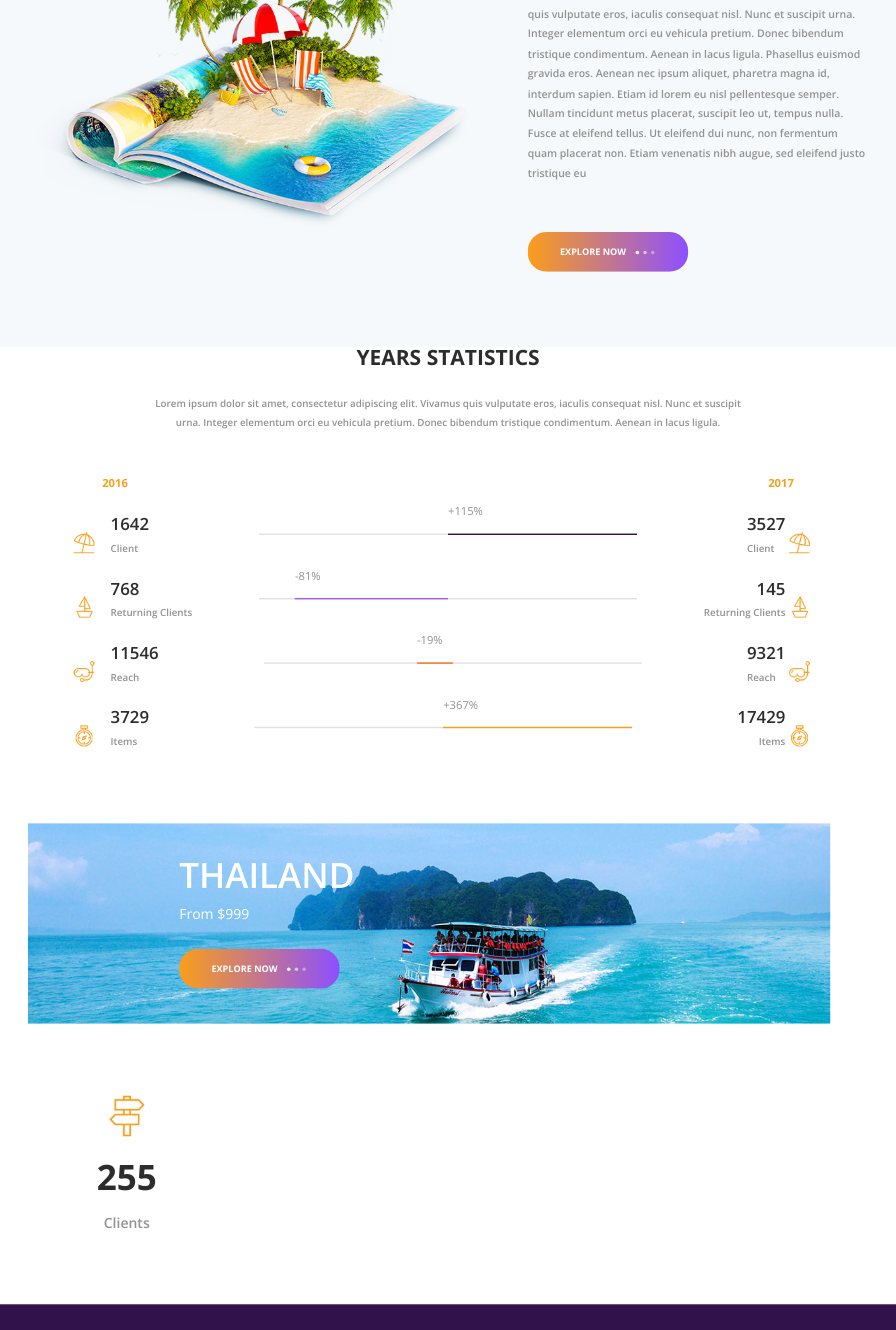
Repository: phamhuuloc/Travelix_Template
Page: about.html
An editor plug-in stored every save of this project. The page is shown before and after the next save, followed by the edit.
The browser window is 1280 px wide. The pictures show the part of the page from y = 955 to 2855 px (the page is 3332 px tall), at 70% of full size.
A picture or video elsewhere on the page could not be fetched, so the positions and the page height are approximate. Backgrounds fixed to the window are drawn as part of the page. Some web fonts or font styles are not loaded; a fallback is used.

Above is the page before, as saved 2021-10-13 10:45:37.

### about.html
<!DOCTYPE html>
<html lang="en">
  <head>
    <meta charset="UTF-8" />
    <meta http-equiv="X-UA-Compatible" content="IE=edge" />
    <meta name="viewport" content="width=device-width, initial-scale=1.0" />
    <title>Document</title>
    <link rel="shortcut icon" href="./assets/img/logo.png" />
    <link
      href="https://fonts.googleapis.com/css2?family=Caramel&display=swap"
      rel="stylesheet"
    />
    <!-- GOOGLE FONT -->
    <link
      href="https://fonts.googleapis.com/css2?family=Birthstone&display=swap"
      rel="stylesheet"
    />
    <!-- FONT AWESOME -->
    <link
      rel="stylesheet"
      href="https://cdnjs.cloudflare.com/ajax/libs/font-awesome/6.0.0-beta2/css/all.min.css"
      integrity="sha512-YWzhKL2whUzgiheMoBFwW8CKV4qpHQAEuvilg9FAn5VJUDwKZZxkJNuGM4XkWuk94WCrrwslk8yWNGmY1EduTA=="
      crossorigin="anonymous"
      referrerpolicy="no-referrer"
    />
    <!-- CSS -->
    <link rel="stylesheet" href="./assets/css/reset.css" />
    <link rel="stylesheet" href="./assets/css/grid.css" />
    <link rel="stylesheet" href="./assets/css/base.css" />
    <link rel="stylesheet" href="./assets/css/about.css" />
  </head>
  <body>
    <header class="header">
      <div class="header-topbar" style="display: none">
        <div class="grid wide">
          <div class="header-topbar__container">
            <div class="row">
              <div class="col l-6">
                <div class="header-topbar__contact">
                  <ul>
                    <li>
                      <a href="">+84 945 000 917</a>
                    </li>
                    <li>
                      <a href=""><i class="fab fa-pinterest"></i></a>
                    </li>
                    <li>
                      <a href=""><i class="fab fa-facebook-f"></i></a>
                    </li>
                    <li>
                      <a href=""><i class="fab fa-twitter"></i></a>
                    </li>
                    <li>
                      <a href=""><i class="fab fa-dribbble"></i></a>
                    </li>
                    <li>
                      <a href=""><i class="fab fa-behance"></i></a>
                    </li>
                    <li>
                      <a href=""><i class="fab fa-linkedin-in"></i></a>
                    </li>
                  </ul>
                </div>
              </div>
              <div class="col l-6">
                <div class="header-topbar__login">
                  <ul>
                    <li><a href="">Login</a></li>
                    <li><a href="">|</a></li>
                    <li><a href="">Register</a></li>
                  </ul>
                </div>
              </div>
            </div>
          </div>
        </div>
      </div>
      <div class="header-nav">
        <div class="grid wide">
          <div class="header-nav__container">
            <div class="row">
              <div class="col l-3">
                <div class="logo">
                  <a href="" class="logo__link">
                    <img src="./assets/img/logo.png" alt="" />
                    <h2 class="logo__text">Travelix</h2>
                  </a>
                </div>
              </div>
              <div class="col l-6 m-0 c-0">
                <div class="nav-menu">
                  <ul class="nav-menu__list">
                    <li class="nav-menu__item">
                      <a href="index.html" class="nav-menu__link">Home</a>
                    </li>
                    <li class="nav-menu__item active">
                      <a href="./about.html" class="nav-menu__link">About</a>
                    </li>
                    <li class="nav-menu__item">
                      <a href="" class="nav-menu__link">Offers</a>
                    </li>
                    <li class="nav-menu__item">
                      <a href="" class="nav-menu__link">New</a>
                    </li>
                    <li class="nav-menu__item">
                      <a href="" class="nav-menu__link">Contacts</a>
                    </li>
                  </ul>
                </div>
              </div>
              <div class="col l-3">
                <div class="header-search">
                  <i class="fas fa-search header-search__icon"></i>
                </div>
              </div>
            </div>
          </div>
        </div>
      </div>
    </header>
    <div class="home">
      <div
        class="home-background"
        style="background-image: url(./assets/img/about.jpg)"
      ></div>
      <div class="home__title"><h1>About us</h1></div>
    </div>
    <section class="intro">
      <div class="grid wide">
        <div class="intro__container">
          <div class="row">
            <div class="col l-7 intro__img">
              <img src="./assets/img/intro_about.png" alt="" />
            </div>
            <div class="col l-5 intro__content">
              <h2 class="intro__title">WE HAVE THE BEST TOURS</h2>
              <p class="intro__desc">
                Lorem ipsum dolor sit amet, consectetur adipiscing elit. Vivamus
                quis vulputate eros, iaculis consequat nisl. Nunc et suscipit
                urna. Integer elementum orci eu vehicula pretium. Donec bibendum
                tristique condimentum. Aenean in lacus ligula. Phasellus euismod
                gravida eros. Aenean nec ipsum aliquet, pharetra magna id,
                interdum sapien. Etiam id lorem eu nisl pellentesque semper.
                Nullam tincidunt metus placerat, suscipit leo ut, tempus nulla.
                Fusce at eleifend tellus. Ut eleifend dui nunc, non fermentum
                quam placerat non. Etiam venenatis nibh augue, sed eleifend
                justo tristique eu
              </p>
              <div class="intro__btn">
                <div class="btn">
                  <div class="btn-bg"></div>
                  <a href="#" class="btn-link">
                    explore now
                    <span></span>
                    <span></span>
                    <span></span>
                  </a>
                </div>
              </div>
            </div>
          </div>
        </div>
      </div>
    </section>
    <section class="stats">
      <div class="grid wide">
        <div class="stats__container">
          <h2 class="stats__title">YEARS STATISTICS</h2>
          <div class="wrap_text">
            <p class="stats__text">
              Lorem ipsum dolor sit amet, consectetur adipiscing elit. Vivamus
              quis vulputate eros, iaculis consequat nisl. Nunc et suscipit
              urna. Integer elementum orci eu vehicula pretium. Donec bibendum
              tristique condimentum. Aenean in lacus ligula.
            </p>
          </div>
          <div class="stats__year">
            <div class="stats__year-last">2016</div>
            <div class="stats__year-new">2017</div>
          </div>
          <div class="stats__content">
            <div class="stats__item">
              <div class="stats__last">
                <div class="stats__icon">
                  <img src="./assets/img/stats_1.png" alt="" />
                </div>
                <div class="stats__content">
                  <div class="stats__number">1642</div>
                  <div class="stats__type">Client</div>
                </div>
              </div>
              <div class="stats__bar">
                <div class="stats__bar-perc" style="left: 50%; width: 50%">
                  <div class="stats__bar-value">+115%</div>
                </div>
              </div>
              <div class="stats__new">
                <div class="stats__content">
                  <div class="stats__number">3527</div>
                  <div class="stats__type">Client</div>
                </div>
                <div class="stats__icon">
                  <img src="./assets/img/stats_1.png" alt="" />
                </div>
              </div>
            </div>
            <div class="stats__item">
              <div class="stats__last">
                <div class="stats__icon">
                  <img src="./assets/img/stats_2.png" alt="" />
                </div>
                <div class="stats__last-content">
                  <div class="stats__number">768</div>
                  <div class="stats__type">Returning Clients</div>
                </div>
              </div>
              <div class="stats__bar">
                <div
                  class="stats__bar-perc"
                  style="
                    right: 50%;
                    width: 40.5%;
                    background: rgb(169, 92, 228);
                  "
                >
                  <div class="stats__bar-value">-81%</div>
                </div>
              </div>
              <div class="stats__new">
                <div class="stats__new-content">
                  <div class="stats__number">145</div>
                  <div class="stats__type">Returning Clients</div>
                </div>
                <div class="stats__icon">
                  <img src="./assets/img/stats_2.png" alt="" />
                </div>
              </div>
            </div>
            <div class="stats__item">
              <div class="stats__last">
                <div class="stats__icon">
                  <img src="./assets/img/stats_3.png" alt="" />
                </div>
                <div class="stats__last-content">
                  <div class="stats__number">11546</div>
                  <div class="stats__type">Reach</div>
                </div>
              </div>
              <div class="stats__bar">
                <div
                  class="stats__bar-perc"
                  style="right: 50%; width: 9.5%; background: rgb(250, 111, 27)"
                >
                  <div class="stats__bar-value">-19%</div>
                </div>
              </div>
              <div class="stats__new">
                <div class="stats__content">
                  <div class="stats__number">9321</div>
                  <div class="stats__type">Reach</div>
                </div>
                <div class="stats__icon">
                  <img src="./assets/img/stats_3.png" alt="" />
                </div>
              </div>
            </div>
            <div class="stats__item">
              <div class="stats__last">
                <div class="stats__icon">
                  <img src="./assets/img/stats_4.png" alt="" />
                </div>
                <div class="stats__last-content">
                  <div class="stats__number">3729</div>
                  <div class="stats__type">Items</div>
                </div>
              </div>
              <div class="stats__bar">
                <div
                  class="stats__bar-perc"
                  style="left: 50%; width: 50%; background: rgb(250, 158, 27)"
                >
                  <div class="stats__bar-value">+367%</div>
                </div>
              </div>
              <div class="stats__new">
                <div class="stats__new-content">
                  <div class="stats__number">17429</div>
                  <div class="stats__type">Items</div>
                </div>
                <div class="stats__icon">
                  <img src="./assets/img/stats_4.png" alt="" />
                </div>
              </div>
            </div>
          </div>
        </div>
      </div>
    </section>
    <section class="popular">
      <div class="grid wide">
        <div class="popular__container">
          <div class="popular__background">
            <img src="./assets/img/add.jpg" alt="" class="" />
          </div>
          <div class="popular__content">
            <h2 class="popular__title">Thailand</h2>
            <span class="popular__price">From $999</span>
            <div class="popular__btn">
              <div class="btn">
                <div class="btn-bg"></div>
                <a href="#" class="btn-link">
                  explore now
                  <span></span>
                  <span></span>
                  <span></span>
                </a>
              </div>
            </div>
          </div>
        </div>
      </div>
    </section>
    <section class="milestones">
      <div class="grid wide">
        <div class="milestone__container">
          <div class="row">
            <div class="col l-3">
              <div class="milestone__item">
                <div class="milestone__icon">
                  <img src="./assets/img/milestone_1.png" alt="" />
                </div>
                <span class="milestone__counter">255</span>
                <p class="milestone__text">Clients</p>
              </div>
            </div>
          </div>
        </div>
      </div>
    </section>
    <section class="footer">
      <div class="grid wide">
        <div class="footer__container">
          <div class="row">
            <div class="footer__item col l-3">
              <div class="logo footer__logo">
                <a href="" class="logo__link">
                  <img
                    src="https://khoatranvn00.github.io/travelix/assets/images/logo.webp"
                    alt=""
                  />
                  <h2 class="logo__text">Travelix</h2>
                </a>
              </div>
              <div class="footer__about">
                <div class="footer__about-desc">
                  Lorem ipsum dolor sit amet, consectetur adipiscing elit.
                  Vivamus quis vu lputate eros, iaculis consequat nisl. Nunc et
                  suscipit urna. Integer eleme ntum orci eu vehicula pretium.
                </div>
                <ul class="social-list">
                  <li class="social-item">
                    <a href=""> <i class="fab fa-pinterest"></i></a>
                  </li>
                  <li class="social-item">
                    <a href=""> <i class="fab fa-facebook-f"></i></a>
                  </li>
                  <li class="social-item">
                    <a href=""> <i class="fab fa-twitter"></i></a>
                  </li>
                  <li class="social-item">
                    <a href=""><i class="fab fa-dribbble"></i></a>
                  </li>
                  <li class="social-item">
                    <a href=""> <i class="fab fa-behance"></i></a>
                  </li>
                </ul>
              </div>
            </div>
            <div class="footer__item col l-3">
              <h3 class="footer__item-title">Blog Posts</h3>
              <div class="footer__blog">
                <div class="footer__blog-item">
                  <img src="./assets/img/footer_blog_1.jpg" alt="" />
                  <div class="footer__blog-content">
                    <h4 class="footer__blog-title">Travel with us this year</h4>
                    <span class="footer__blog-date"> Nov 29,2017 </span>
                  </div>
                </div>
                <div class="footer__blog-item">
                  <img src="./assets/img/footer_blog_2.jpg" alt="" />
                  <div class="footer__blog-content">
                    <h4 class="footer__blog-title">Travel with us this year</h4>
                    <span class="footer__blog-date"> Nov 29,2017 </span>
                  </div>
                </div>
                <div class="footer__blog-item">
                  <img src="./assets/img/footer_blog_3.jpg" alt="" />
                  <div class="footer__blog-content">
                    <h4 class="footer__blog-title">Travel with us this year</h4>
                    <span class="footer__blog-date"> Nov 29,2017 </span>
                  </div>
                </div>
              </div>
            </div>
            <div class="footer__item col l-3">
              <div class="footer__item-title">Tags</div>
              <div class="footer__tags">
                <ul class="tag__list">
                  <li class="tag__item"><a href="">design</a></li>
                  <li class="tag__item"><a href="">fashion</a></li>
                  <li class="tag__item"><a href="">music</a></li>
                  <li class="tag__item"><a href="">video</a></li>
                  <li class="tag__item"><a href="">party</a></li>
                  <li class="tag__item"><a href="">photography</a></li>
                  <li class="tag__item"><a href="">adventure</a></li>
                  <li class="tag__item"><a href="">travel</a></li>
                </ul>
              </div>
            </div>
            <div class="footer__item col l-3">
              <div class="footer__item-title">Contact Info</div>
              <div class="footer__contact">
                <div class="contact__info-item">
                  <div class="contact__info-icon">
                    <img src="./assets/img/placeholder.svg" alt="" />
                  </div>
                  <div class="contact__info-text">
                    4127 Raoul Wallenber 45b-c Gibraltar
                  </div>
                </div>
                <div class="contact__info-item">
                  <div class="contact__info-icon">
                    <img src="./assets/img/phone-call.svg" alt="" />
                  </div>
                  <div class="contact__info-text">2556-808-8613</div>
                </div>
                <div class="contact__info-item">
                  <div class="contact__info-icon">
                    <img src="./assets/img/message.svg" alt="" />
                  </div>
                  <div class="contact__info-text">contactme@gmail.com</div>
                </div>
                <div class="contact__info-item">
                  <div class="contact__info-icon">
                    <img src="./assets/img/planet-earth.svg" alt="" />
                  </div>
                  <div class="contact__info-text">www.colorlib.com</div>
                </div>
              </div>
            </div>
          </div>
        </div>
      </div>
    </section>
  </body>
</html>

### assets/css/about.css
.home-background {
  background-repeat: no-repeat;
  background-position: bottom center;
  background-attachment: fixed;
  background-size: cover;
}
.home__title {
  position: absolute;
  top: 55%;
  left: 50%;
  transform: translateX(-50%);
}
.home__title h1 {
  font-size: 7.2rem;
  font-weight: 800;
  color: var(--white-color);
  text-transform: uppercase;
}
/* INTRO */
.intro {
  padding: 10.6rem 0;
  background-color: #f6f9fb;
}
.intro__title {
  font-size: 3rem;
  font-weight: 700;
  color: var(--black-color);
  margin-bottom: 7.6rem;
  text-transform: uppercase;
}
.intro__desc {
  font-size: 1.5rem;
  font-weight: 600;
  color: var(--gray-color);
  line-height: 1.9;
}
.intro__btn .btn {
  left: 0;
  transform: translateX(0);
}
.stats__title {
  text-align: center;
  font-size: 3rem;
  font-weight: 700;
  color: var(--black-color);
  margin-bottom: 3.8rem;
}
.wrap_text {
  text-align: center;
  display: flex;
  justify-content: center;
  margin-bottom: 6.6rem;
}
.stats__text {
  font-size: 1.4rem;
  font-weight: 600;
  line-height: 1.9;
  color: var(--gray-color);
  max-width: 84rem;
}
.stats__year {
  display: flex;
  align-items: center;
  justify-content: space-between;
  padding: 0 10.6rem;
  margin-bottom: 3.6rem;
}
.stats__year-last,
.stats__year-new {
  font-size: 1.6rem;
  font-weight: 700;
  color: var(--primary-color);
}
.stats__item {
  display: flex;
  align-items: center;
  justify-content: space-between;
  padding: 0 60px;
  margin-top: 3.8rem;
}
.stats__last {
  display: flex;
  align-items: flex-end;
}
.stats__icon {
  margin-right: 1.8rem;
}
.stats__number {
  font-size: 2.4rem;
  font-weight: 600;
  color: var(--black-color);
  margin-bottom: 1.6rem;
}
.stats__type {
  font-size: 1.4rem;
  font-weight: 600;
  color: var(--gray-color);
}
.stats__new {
  display: flex;
  align-items: flex-end;
}
.stats__last-content {
  text-align: left;
}
.stats__new-content {
  text-align: right;
}
.stats__bar {
  position: relative;
  height: 2px;
  background-color: #e1e1e1;
  width: 50%;
  display: flex;
  flex-direction: column;
}
.stats__bar-value {
  position: absolute;
  top: -40px;
  color: var(--gray-color);
  font-size: 1.6rem;
  text-align: left;
}
.stats__bar-perc {
  position: absolute;
  height: 2px;
  background-color: rgb(49, 18, 75);
}
.popular {
  margin-top: 11rem;
  position: relative;
}
.popular__background {
}
.popular__content {
  position: absolute;
  top: 50%;
  left: 20%;
  transform: translateY(-50%);
}
.popular__title {
  font-size: 5rem;
  font-weight: 600;
  color: var(--white-color);
  text-transform: uppercase;
  margin-bottom: 2rem;
}
.popular__price {
  display: block;
  font-size: 2rem;
  color: var(--white-color);
}
.popular__btn {
  text-align: left;
}
.popular__btn .btn {
  left: 0;
  transform: translateX(0);
  margin-top: 4rem;
}
.milestones {
  margin-top: 10.3rem;
  margin-bottom: 10.6rem;
}
.milestone__item {
  display: flex;
  flex-direction: column;
  align-items: center;
}
.milestone__icon {
  margin-bottom: 3.2rem;
}
.milestone__counter {
  display: block;
  font-size: 5rem;
  font-weight: 700;
  color: var(--black-color);
  margin-bottom: 3.2rem;
}
.milestone__text {
  font-size: 2rem;
  font-weight: 600;
  color: var(--gray-color);
}

Loaded but not shown: assets/css/reset.css (common file); assets/css/base.css (447 lines, source omitted); assets/css/grid.css (430 lines, source omitted)

After the next save:
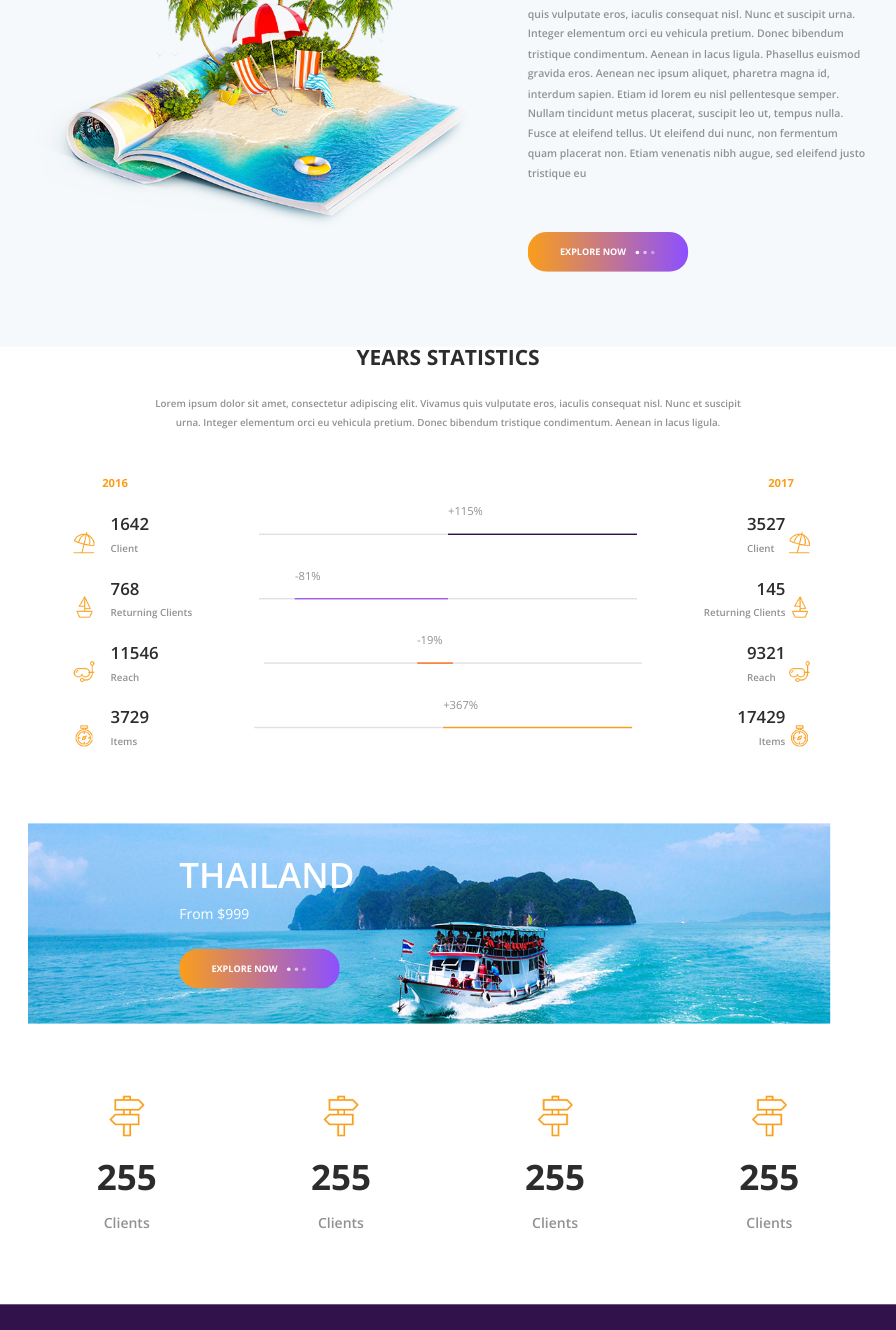
Saved 13 s later.
--- a/about.html
+++ b/about.html
@@ -333,6 +333,33 @@
                 <p class="milestone__text">Clients</p>
               </div>
             </div>
+            <div class="col l-3">
+              <div class="milestone__item">
+                <div class="milestone__icon">
+                  <img src="./assets/img/milestone_1.png" alt="" />
+                </div>
+                <span class="milestone__counter">255</span>
+                <p class="milestone__text">Clients</p>
+              </div>
+            </div>
+            <div class="col l-3">
+              <div class="milestone__item">
+                <div class="milestone__icon">
+                  <img src="./assets/img/milestone_1.png" alt="" />
+                </div>
+                <span class="milestone__counter">255</span>
+                <p class="milestone__text">Clients</p>
+              </div>
+            </div>
+            <div class="col l-3">
+              <div class="milestone__item">
+                <div class="milestone__icon">
+                  <img src="./assets/img/milestone_1.png" alt="" />
+                </div>
+                <span class="milestone__counter">255</span>
+                <p class="milestone__text">Clients</p>
+              </div>
+            </div>
           </div>
         </div>
       </div>
